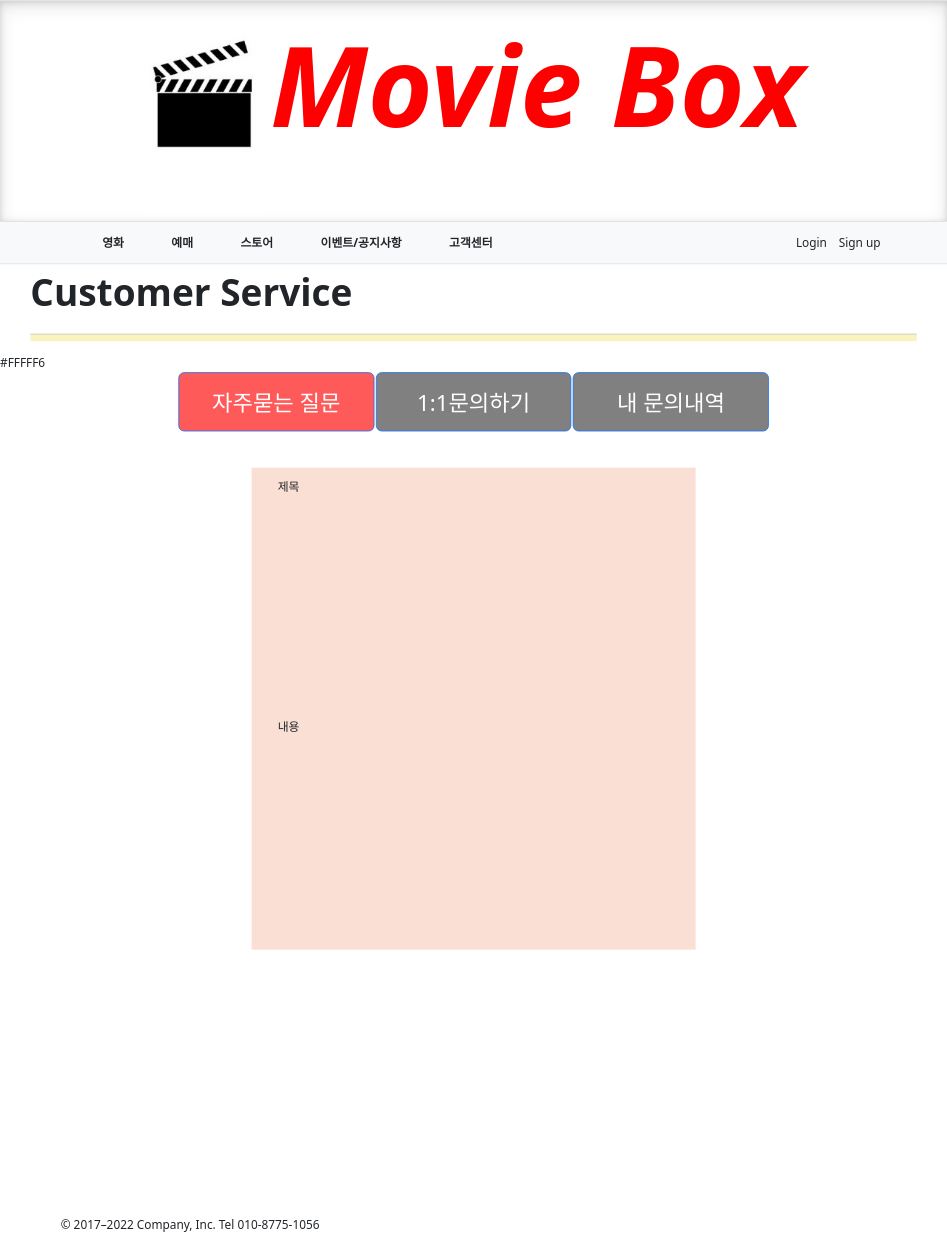
Repository: SpearManCN/MovieBox-2nd-Project-
Page: http://localhost/prj_01/WEB-INF/views/serviceDetail.jsp
An editor plug-in stored every save of this project. The page is shown before and after the next save, followed by the edit.
The browser window is 1280 px wide. The pictures show the whole page, at 74% of full size.
The page is served by Tomcat 9. Nobody is signed in. Other server files are loaded and not shown. The template is opened directly, without the code that normally fills it, so the values that code supplies are empty.

Above is the page before, as saved 2022-12-23 12:18:30.

### Second project/prj_01/src/main/webapp/WEB-INF/views/serviceDetail.jsp
<%@ page language="java" contentType="text/html; charset=UTF-8"
    pageEncoding="UTF-8"%>
        <%@taglib prefix="c" uri="http://java.sun.com/jsp/jstl/core" %>
<!DOCTYPE html>
<html>
<head>
<meta name="viewport" content="width=device-width, initial-scale=1">
<meta charset="UTF-8">
<script src="/js/jquery-1.11.0.min.js"></script>
<link href="https://cdn.jsdelivr.net/npm/bootstrap@5.2.3/dist/css/bootstrap.min.css" rel="stylesheet" integrity="sha384-rbsA2VBKQhggwzxH7pPCaAqO46MgnOM80zW1RWuH61DGLwZJEdK2Kadq2F9CUG65" crossorigin="anonymous">
<script>
	function goServiceForm(){document.goForm.action="/serviceForm.do"; document.goForm.submit();}
	function goQnA(){document.goForm.action="/serviceQnA.do"; document.goForm.submit();}
	function goQnAList(){document.goForm.action="/serviceQnAList.do"; document.goForm.submit();}
	function goDetail(no){

		$("[name=no]").val(no);
		document.goForm.action="/serviceDetail.do";
		document.goForm.submit();


	}
</script>



</head>
<body>
<%@include file="/WEB-INF/views/commonHeader.jsp" %>
<form name="goForm" method="post"><input type="hidden" name="no" ></form>



<center>
<table width="1200px">
	<tr>
	<td align="left"><span style="font-size:50px; font-weight:bold;">Customer Service</span>
	<tr>
	<td><hr style="height:10px; background-color:#EDD200;">
	<tr>
</table>
</center>

<table align="center" width="800px">
	<tr>
	<td width="220px"><button onclick="goServiceForm();" type="button" class="btn btn-primary btn-lg" style="width:100%; height:80px; background-color:#FF5A5A;">
	<span style="font-size:30px; ">자주묻는 질문</span></button></td>

	<td width="220px"><button onclick="goQnA();" type="button" class="btn btn-primary btn-lg" style="width:100%; height:80px; background-color:gray;">
	<span style="font-size:30px; font-weight:;">1:1문의하기</span></button></td>

	<td width="220px"><button onclick="goQnAList();" type="button" class="btn btn-primary btn-lg" style="width:100%; height:80px; background-color:gray;">
	<span style="font-size:30px; font-weight:;">내 문의내역</span></button></td>

	</tr>
	<tr>
	</tr>
#FFFFF6
</table>
<br><br>
<table align="center" width="600px" style="border-bottom:1px solid #FAE0D4;  background-color:#FAE0D4;">
<tr  align="center" height="50px"><td  width="100px">제목
</td>
<td width="500px">
</td>
</tr>
<tr  align="center" height="600px"  >
<td>내용
</td>
<td >
</td>
</tr>
</table>













<br>











<%@include file="/WEB-INF/views/commonFooter.jsp" %>
</body>
</html>

### Second project/prj_01/src/main/webapp/WEB-INF/views/commonHeader.jsp
<%@ page language="java" contentType="text/html; charset=UTF-8"
    pageEncoding="UTF-8"%>



<script src="/js/jquery-1.11.0.min.js"></script>
<script>
function goLogin(){document.commonForm.action="/loginForm.do";document.commonForm.submit(); }
function goLoginJoin(){document.commonForm.action="/loginJoinForm.do";document.commonForm.submit();}
function goMyPage(){document.commonForm.action="/myPageHome.do";document.commonForm.submit(); }
function goMainForm(){document.commonForm.action="/mainForm.do";document.commonForm.submit(); }
function goLogout(){
	if(confirm("로그아웃 하시겠습니까?")){
		document.commonForm.action="/logout.do";document.commonForm.submit();
	}

	 }

</script>

<form name="commonForm" method="post"></form>
<div style="height:300px; background-color: white; border-width: 1px 0;
        box-shadow: inset 0 .5em 1.5em rgba(0, 0, 0, .1), inset 0 .125em .5em rgba(0, 0, 0, .15);         border: solid rgba(0, 0, 0, .15);
        border-width: 1px 0;" class="b-example-divider" align="center" >

 <span style="cursor:pointer" onclick="goMainForm();"><img src="resources/img/movieBox2.jpg" >
 <Span  style="font-size: 150px; color:red; font-weight: bold ; font-style: italic;" >Movie Box</Span>

 </span></div>

  <nav class="py-2 bg-light border-bottom">
    <div class="container d-flex flex-wrap">
      <ul class="nav me-auto">
      <li class="nav-item">&emsp;&emsp;&emsp;</li>
        <li class="nav-item"><a href="movieHome.do" class="nav-link link-dark px-2 active" aria-current="page" style="font-weight: bold ;" >영화</a></li>
         <li class="nav-item">&emsp;&emsp;&emsp;</li>
        <li class="nav-item"><a href="reserveForm.do" class="nav-link link-dark px-2" style="font-weight: bold ;">예매</a></li>
         <li class="nav-item">&emsp;&emsp;&emsp;</li>
        <li class="nav-item"><a href="/storeForm.do" class="nav-link link-dark px-2" style="font-weight: bold ;">스토어</a></li>
         <li class="nav-item">&emsp;&emsp;&emsp;</li>
        <li class="nav-item"><a href="/eventForm.do" class="nav-link link-dark px-2" style="font-weight: bold ;">이벤트/공지사항</a></li>
          <li class="nav-item">&emsp;&emsp;&emsp;</li>
        <li class="nav-item"><a href="/serviceForm.do" class="nav-link link-dark px-2" style="font-weight: bold ;">고객센터</a></li>

       </ul>
      <ul class="nav">

      		<%
      		if(session.getAttribute("memNo")==null){session.setAttribute("memNo",0);}
			int memNo = (int)session.getAttribute("memNo");
			if(memNo==0){	%>
        <li class="nav-item"><span class="nav-link link-dark px-2" style="cursor:pointer" onclick="goLogin();">Login</span></li>
			        <li class="nav-item"><span class="nav-link link-dark px-2" style="cursor:pointer" onclick="goLoginJoin();">Sign up</span></li>

			<%}else if(memNo==1){%>
			        <li class="nav-item"><span class="nav-link link-dark px-2" style="cursor:pointer" onclick="goAdmin();">AdminPage</span></li>

    				   <li class="nav-item"><span class="nav-link link-dark px-2" style="cursor:pointer" onclick="goLogout();">Logout</span></li>

			<%}else {%>
			      <li class="nav-item"><span class="nav-link link-dark px-2" style="cursor:pointer" onclick="goMyPage();">My Page</span></li>
    				   <li class="nav-item"><span class="nav-link link-dark px-2" style="cursor:pointer" onclick="goLogout();">Logout</span></li>
 				<%}
		%>






      </ul>
    </div>
  </nav>

### Second project/prj_01/src/main/webapp/WEB-INF/views/commonFooter.jsp
<%@ page language="java" contentType="text/html; charset=UTF-8"
    pageEncoding="UTF-8"%>
<!--====================================================================-->


<br>
<br><br><br><br><br><br><br><br><br><br><br>
<br><br>

  <footer class="container">
    <p class="float-end"></p>
    <p>&copy; 2017–2022 Company, Inc. Tel 010-8775-1056 </p>
  </footer>

<script src="https://cdn.jsdelivr.net/npm/bootstrap@5.2.3/dist/js/bootstrap.bundle.min.js" integrity="sha384-kenU1KFdBIe4zVF0s0G1M5b4hcpxyD9F7jL+jjXkk+Q2h455rYXK/7HAuoJl+0I4" crossorigin="anonymous"></script>

Loaded but not shown: Second project/prj_01/src/main/resources/static/js/jquery-1.11.0.min.js (library)

After the next save:
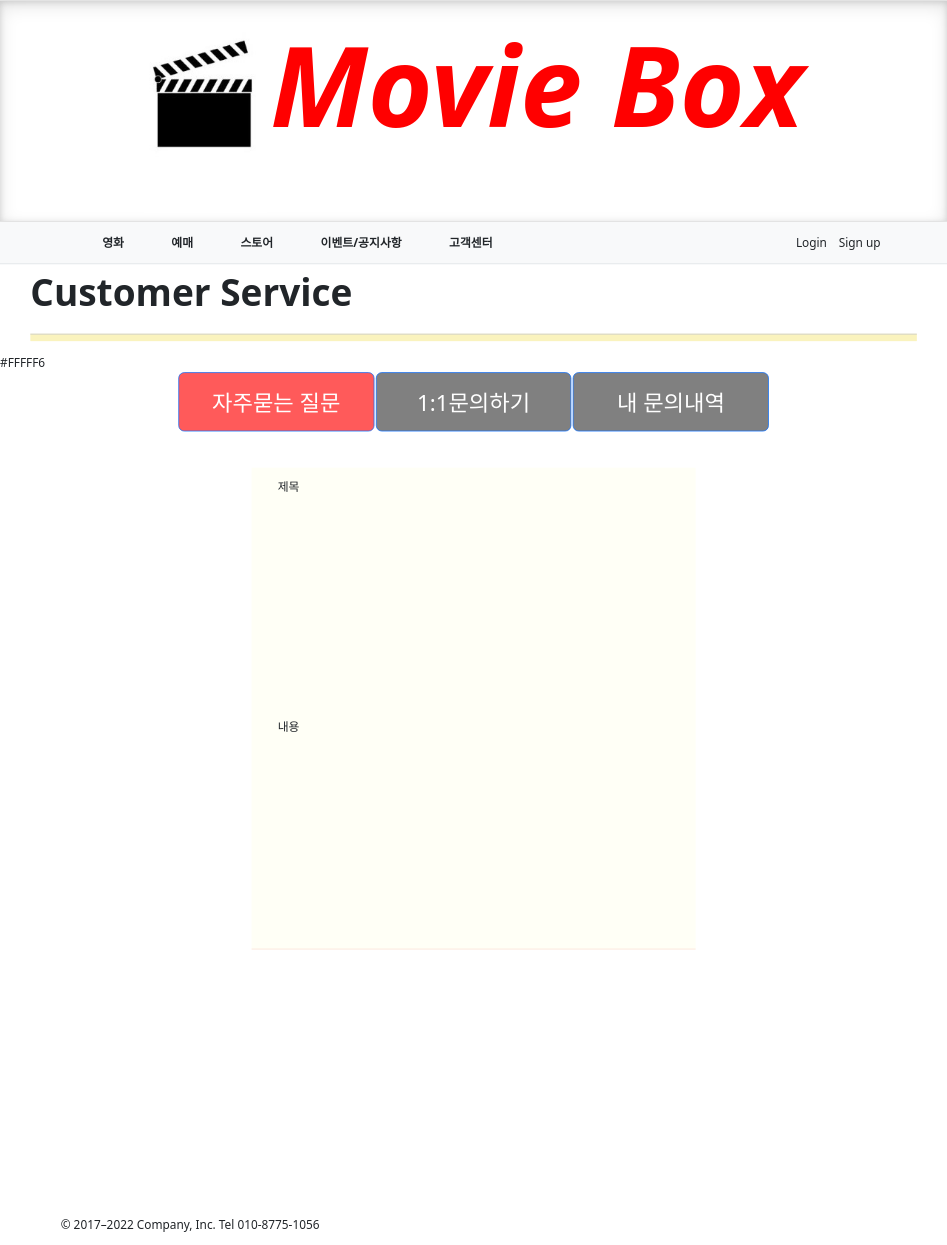
Saved 3 s later.
--- a/Second project/prj_01/src/main/webapp/WEB-INF/views/serviceDetail.jsp
+++ b/Second project/prj_01/src/main/webapp/WEB-INF/views/serviceDetail.jsp
@@ -58,7 +58,7 @@
 #FFFFF6
 </table>
 <br><br>
-<table align="center" width="600px" style="border-bottom:1px solid #FAE0D4;  background-color:#FAE0D4;">
+<table align="center" width="600px" style="border-bottom:1px solid #FAE0D4;  background-color:#FFFFF6;">
 <tr  align="center" height="50px"><td  width="100px">제목
 </td>
 <td width="500px">
